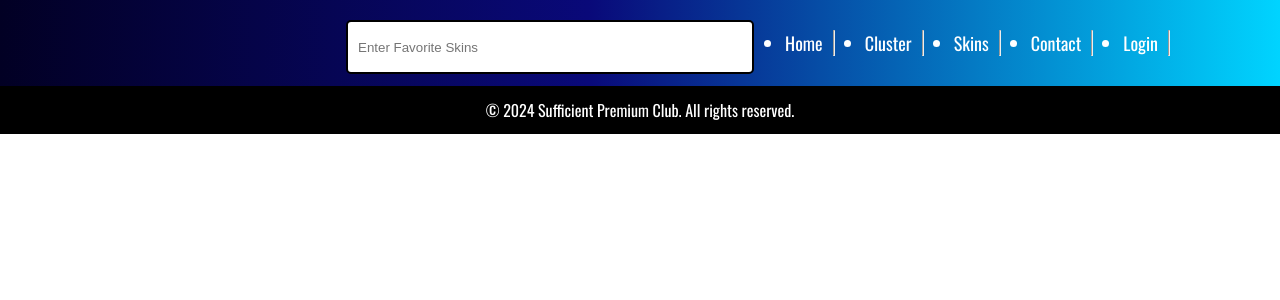
Repository: TechMukul/new
Page: /About
These files come from the project's save history. The page is drawn as it stood at one moment and after the next save; the edit follows.
The browser window is 1280 px wide. The pictures show the whole page.
Some web fonts or font styles are not loaded; a fallback is used. The project was rebuilt for these pictures with package versions that can differ from the ones it lists, and the page was loaded fresh each time. The framework's server and built-in components were replaced by stand-ins that run in the browser. Also part of the build but not shown: next.config.mjs.

Above is the page before, as saved 2024-08-09 14:46:14.

After the next save:
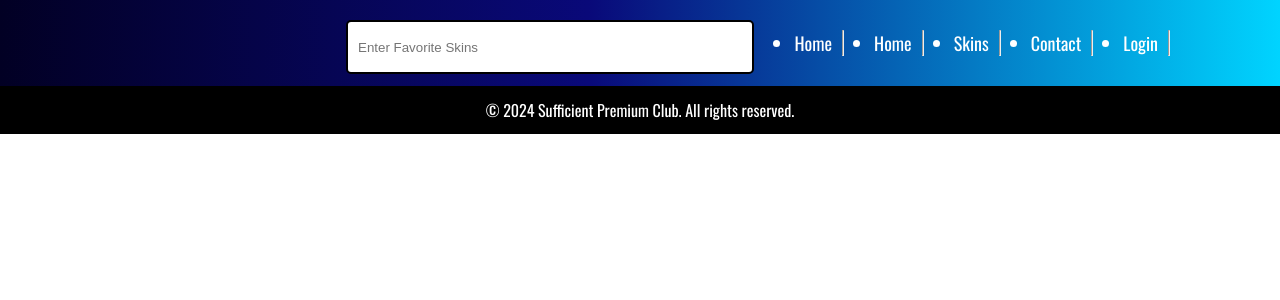
Saved 77 s later.
--- a/Components/Navbar/index.tsx
+++ b/Components/Navbar/index.tsx
@@ -27,7 +27,7 @@ const Navbar = () => {
         </li>
         <li className={style.items}>
           <div className={style.name}>
-            <p>Cluster</p>
+          <p><Link href={"/Alluser"} style={{textDecoration:"none",color:"white"}}>Home </Link></p>
             <hr className={style.line} />
           </div>
         </li>
